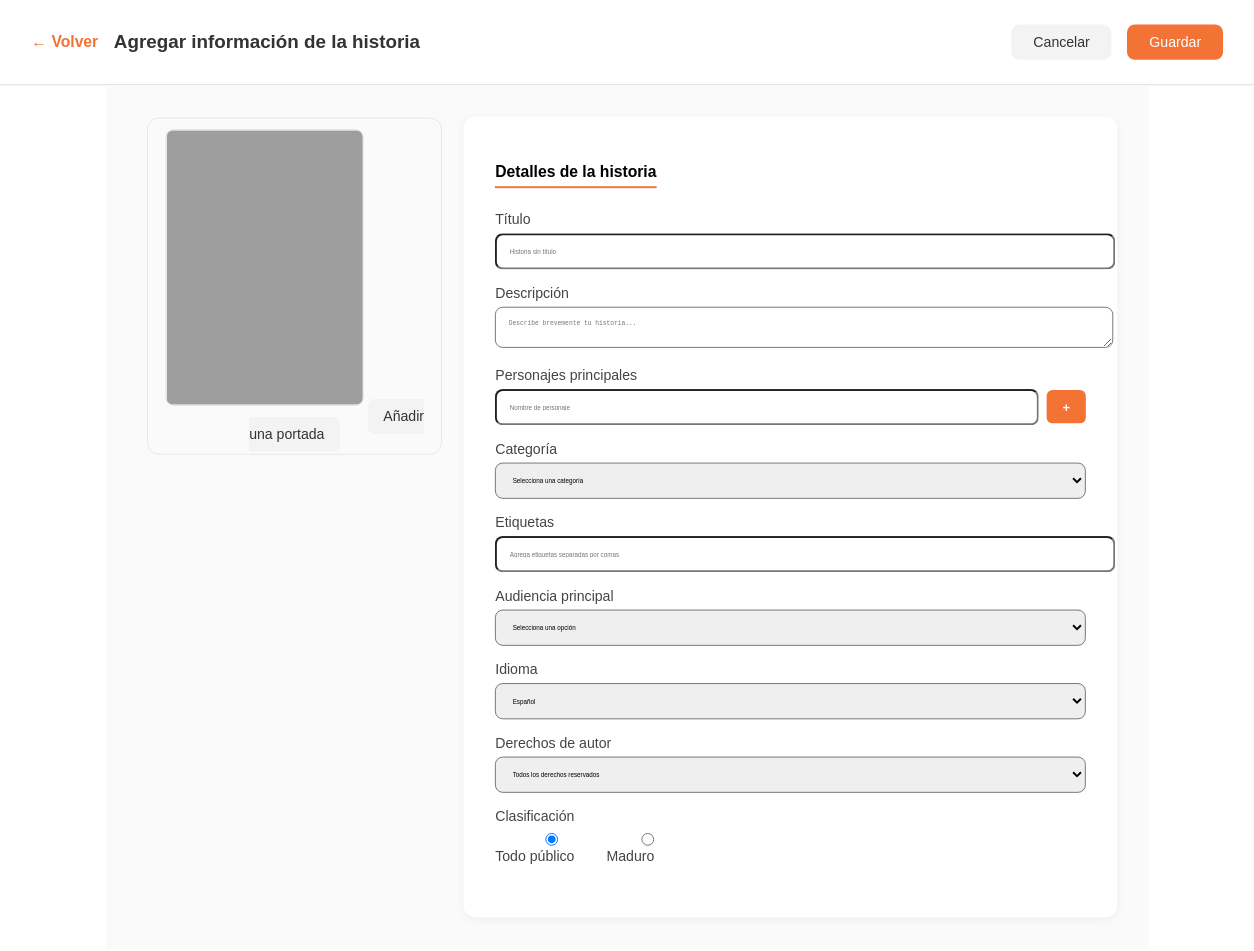
Repository: Mellowdarkl/willpig_studio
Page: .env/html_backup/indexCreti.html
The author's editor kept a copy of each file at every save. The page is drawn from the files as they stood at one save, then again after the next save.
The browser window is 1280 px wide. The pictures show the whole page, at 98% of full size.
Pictures or frames that could not be fetched are drawn as grey boxes.

Above is the page before, as saved 2025-11-11 12:21:48.

### .env/html_backup/indexCreti.html
<!DOCTYPE html>
<html lang="es">
<head>
  <meta charset="UTF-8" />
  <meta name="viewport" content="width=device-width, initial-scale=1.0" />
  <title>Crear historia | Willpig Studio</title>
  <link rel="stylesheet" href="style1.2.css" />
  <link rel="icon" type="image/x-icon" href="/public/img/img.ico/logo.ico" />
</head>
<body>

  <!-- 🧭 Barra superior -->
  <header class="story-header">
    <div class="header-left">
      <a href="/" class="back-link">← Volver</a>
      <h2>Agregar información de la historia</h2>
    </div>

    <div class="header-actions">
      <button class="btn-canceler">Cancelar</button>
      <button class="btn-savever">Guardar</button>
    </div>
  </header>

  <!--  Contenedor principal -->
  <main class="new-storys">
    <!--  Lado izquierdo: portada -->
    <div class="story-cover">
      <div class="cover-box">
        <img id="coverPreview" src="/img/placeholder-cover.png" alt="Portada" />
        <label for="coverInput" class="btn-upload">Añadir una portada</label>
        <input type="file" id="coverInput" accept="image/*" hidden>
      </div>
    </div>

    <!--  Lado derecho: formulario -->
    <form class="story-form" action="/newstory" method="POST">
      <section class="story-details">
        <h3>Detalles de la historia</h3>

        <div class="form-group">
          <label for="titulo">Título</label>
          <input type="text" id="titulo" name="titulo" placeholder="Historia sin título" required>
        </div>

        <div class="form-group">
          <label for="descripcion">Descripción</label>
          <textarea id="descripcion" name="descripcion" placeholder="Describe brevemente tu historia..."></textarea>
        </div>

        <div class="form-group">
          <label for="personajes">Personajes principales</label>
          <div class="inline-group">
            <input type="text" id="personajes" name="personajes" placeholder="Nombre de personaje">
            <button type="button" class="btn-add">+</button>
          </div>
        </div>

        <div class="form-group">
          <label for="categoria">Categoría</label>
          <select id="categoria" name="categoria">
            <option value="">Selecciona una categoría</option>
            <option value="fantasia">Fantasía</option>
            <option value="romance">Romance</option>
            <option value="aventura">Aventura</option>
            <option value="drama">Drama</option>
            <option value="infantil">Infantil</option>
          </select>
        </div>

        <div class="form-group">
          <label for="etiquetas">Etiquetas</label>
          <input type="text" id="etiquetas" name="etiquetas" placeholder="Agrega etiquetas separadas por comas">
        </div>

        <div class="form-group">
          <label for="audiencia">Audiencia principal</label>
          <select id="audiencia" name="audiencia">
            <option value="">Selecciona una opción</option>
            <option value="general">General</option>
            <option value="adolescentes">Adolescentes</option>
            <option value="adultos">Adultos</option>
          </select>
        </div>

        <div class="form-group">
          <label for="idioma">Idioma</label>
          <select id="idioma" name="idioma">
            <option value="es">Español</option>
            <option value="en">Inglés</option>
          </select>
        </div>

        <div class="form-group">
          <label for="derechos">Derechos de autor</label>
          <select id="derechos" name="derechos">
            <option value="todos">Todos los derechos reservados</option>
            <option value="compartido">Uso compartido con créditos</option>
            <option value="libre">Dominio público</option>
          </select>
        </div>

        <div class="form-group">
          <label>Clasificación</label>
          <div class="inline-group">
            <label><input type="radio" name="clasificacion" value="todo" checked> Todo público</label>
            <label><input type="radio" name="clasificacion" value="maduro"> Maduro</label>
          </div>
        </div>
      </section>
    </form>
  </main>

</body>
</html>

### .env/html_backup/style1.2.css
/*============================ Variables CSS ========================*/
:root {
  --orange: #94d5e6;
  --light-gray: #f5f5f5;
  --text-dark: #333;
  --text-light: #fff;
  --hover-bg: #ffe7d6;
  --transition: all 0.3s ease;
  --radius: 10px;
  font-family: 'Poppins', sans-serif;
}

/* === General === */
body {
  margin: 0;
  background: var(--light-gray);
  color: var(--text-dark);
}

/* 🌞 Modo claro por defecto */
body {
  background-color: rgb(22, 22, 22);
  color: rgb(250, 250, 250);
  transition: background-color 0.5s ease, color 0.5s ease;
}


body.dark-mode {
  background-color: #121212;
  color: #f0f0f0;
}
a {
  text-decoration: none;
  color: inherit;
}
a:hover {
  color: var(--orange);
}
/* === Navbar === */
.navbar {
  display: flex;
  align-items: center;
  justify-content: space-between;
  background-color: #99d6e0;
  padding: 8px 20px;
  font-family: 'Helvetica Neue', sans-serif;
  position: relative;
  top: 0;
  z-index: 10;
  height: 50px;
  box-sizing: border-box;
}

.logo-fig img {
  max-height: 58px; /* el logo nunca será más alto que esto */
  width: auto; /* mantiene proporción */
  object-fit: contain;
  margin-right: 1px;
  display: block; /* elimina efectos de línea base */
  align-items: left;
}

.logo {
  display: flex;
  align-items: center;
  cursor: pointer;
}

.logo-text {
  font-size: 20px;
  font-weight: 600;
  color: #0c2147;
  margin-left: 5px;
}

.search-bar {
  border-radius: 3px;
  padding: 9px 15px;
  border: none;
  width: 300px;
  outline: none;
  font-size: 14px;
  margin-right: 60%;
}

.S1mMa {
  width: 12px;
  height: 12px;
  margin-left: 4px;
  vertical-align: middle;
  margin-right: 0.5px;
  align-items: 14px;

}

.nav-actions {
  display: flex;
  align-items: center;
  gap: 0.1px;
}

/* Dropdown general */
.dropdown {
  position: relative;
}

.dropdown-trigger {
  display: flex;
  align-items: center;
  gap: 0.1px;
  cursor: pointer;
}

/* Botones */
.dropbtn {
  background: none;
  border: none;
  font-size: 14px;
  cursor: pointer;
  padding: 6px 6px;
  color: var(--text-dark);
  color: #121212;
}

/* Flechas */
.S1mMa {
  width: 12px;
  height: 12px;
  vertical-align: middle;
  margin-left: 2px;
}

/* Avatar */
.avatar-sm {
  width: 32px;
  height: 32px;
  border-radius: 50%;
  object-fit: cover;
}

/* Menú desplegable */
.dropdown-content {
  position: absolute;
  top: 100%;
  right: 0;
  background-color: white;
  display: none;
  flex-direction: column;
  box-shadow: 0 2px 8px rgba(0,0,0,0.15);
  z-index: 100;
  min-width: 160px;
}

/* Mostrar al pasar el cursor */
.dropdown:hover .dropdown-content {
  display: flex;
}

/* Contenedor general */
.dropdown.profile {
  position: relative;
  display: flex;
  align-items: center;
  cursor: pointer;
}

/* Avatar */
.avatar-sm {
  width: 32px;
  height: 32px;
  border-radius: 50%;
  object-fit: cover;
}

/* Flecha */
.S1mMa {
  width: 12px;
  height: 12px;
  margin-left: 2px;
  vertical-align: middle;
}

/* Menú desplegable */
.dropdown-content {
  position: absolute;
  top: 100%;
  right: 0;
  background-color: white;
  display: none;
  flex-direction: column;
  box-shadow: 0 2px 8px rgba(0,0,0,0.15);
  z-index: 100;
  min-width: 160px;
}

/* Mostrar al pasar el cursor por el avatar o flecha */
.dropdown.profile:hover .dropdown-content {
  display: flex;
}

/* Mostrar al pasar el cursor por el trigger */
.dropdown:hover .dropdown-content {
  display: flex;
}

.modo-btn {
  background: color(srgb rgb(230, 0, 0));
  border: none;
  font-size: 22px;
  cursor: pointer;
  transition: transform 0.2s ease;
}

.modo-btn:hover {
  transform: scale(1.2);
}

.nav-actions {
  display: flex;
  align-items: center;
  gap: 1rem;
}

.dropbtn {
  background: none;
  border: none;
  color: var(--text-light);
  font-weight: 500;
  cursor: pointer;
  padding: 0.1rem 0.5rem;
  position: static;
}

.dropdown-content {
  display: none;
  position: absolute;
  background: white;
  border-radius: var(--radius);
  box-shadow: 0 2px 10px rgba(0,0,0,0.1);
}

.dropdown:hover .dropdown-content {
  display: block;
}

.dropdown-content a {
  display: block;
  padding: 0.6rem 1rem;
  color: var(--text-dark);
  text-decoration: none;
}

.dropdown-content a:hover {
  background: var(--hover-bg);
}

/* === Carrusel === */
.hero-carousel {
  position: relative;
}

.carousel {
  display: flex;
  overflow: hidden;
}

.slide {
  min-width: 100%;
  position: relative;
  transform: opacity 5s ease-in-out;
}
.slide {
  display: block;
}

.carousel {
  position: relative;
  overflow: hidden;
}

.slide {
  display: none;
  width: 100%;
  transition: opacity 1s ease-in-out;
}

.slide.active {
  display: block;
}

.slide img {
  width: 100%;
  height: 450px;
  object-fit: cover;
}

.caption {
  position: absolute;
  bottom: 5cqb;
  left: 15px;button {
  border: none;
  border-radius: 25px; /* 🔸 más redondo */
  padding: 10px 25px;
  background-color: #5fa55a;
  color: rgb(255, 255, 255);
  font-weight: 600;
  cursor: pointer;
  transition: background-color 0.3s ease, transform 0.2s ease;
}

button:hover {
  background-color: #88cc50; /* color cálido al pasar el cursor */
  transform: scale(1.05);
}

  background: none;
  color: #f0f0f0;
  padding: 0.9rem;
  border-radius: var(--radius);

}

.carousel-controls {
  position: absolute;
  top: 50%;
  width: 100%;
  display: flex;
  justify-content: space-between;
}

.carousel-controls button {
  background: rgba(44, 44, 44, 0.5);
  color: white;
  border: none;
  font-size: 1rem;
  cursor: pointer;
  border-radius: 50%;
  padding: 0.5rem 1rem;
  position: relative;
}

/* === Secciones de historias === */
.stories-section {
  margin: 2rem;
  align-items: center;
}

.stories-section h2 {
  margin-bottom: 1rem;
  margin-left: 260px; /* leve desplazamiento visual para armonía */
  font-size: 1.5rem;
}

.stories-section {
  margin: 3rem auto;
  max-width: 90%; /* limita el ancho total para que el título y libros estén alineados */
}

.scroll-container {
  display: flex;
  flex-wrap: wrap; /* permite que los libros salten a otra línea si no caben */
  justify-content: center;
  gap: 1rem;
  padding: 10px;
  overflow-x: auto; /* mantiene el scroll si hay demasiados */
  box-sizing: border-box;
  padding: 0.8rem 10px 1rem 10px;
}

.story-card {
  flex: 1 1 150px; /*  permite adaptación dinámica */
  max-width: 180px; /*  evita que crezcan demasiado */
  min-width: 140px; /*  evita que se deformen en zoom alto */
  background: white;
  border-radius: var(--radius);
  box-shadow: 0 2px 5px rgba(0, 0, 0, 0.1);
  text-align: center;
  transition: var(--transition);
  background-color: #f5f5f5;
  color: #000000;
  transition: cubic-bezier(0.075, 0.82, 0.165, 1) all 0.3s;
}


.story-card img {
  width: 100%;
  height: auto;
  border-radius: var(--radius) var(--radius) 0 0;
  object-fit: cover;
  color: #000000;
}

.story-card:hover {
  transform: scale(1.05);
}

.story-card img {
  width: 100%;
  border-radius: var(--radius) var(--radius) 0 0;
  height: 220px;
  object-fit: cover;
}

.leer_story {
  margin-top: 10px;
  margin-bottom: 10px;
  border: none;
  border-radius: 15px; /* 🔸 más redondo */
  padding: 10px 25px;
  background-color: #5fa55a;
  color: rgb(255, 255, 255);
  font-weight: 600;
  cursor: pointer;
  transition: background-color 0.3s ease, transform 0.2s ease;
}
.leer_story:hover {
  background-color: #88cc50; /* color cálido al pasar el cursor */
  transform: scale(1.05);
}

.navbar:hover .dropbtn {
  color: var(--text-bright);
}
.story-card h3 {
  margin: 0.5rem 0;
  font-size: 1rem;
  color: var(--text-dark);
  color: #ffffff;
  transition: all 0.3s ease;
  background-color: #000000;
}
.scroll-btn {
  position: absolute;
  top: 35%;
  background: rgba(255,255,255,0.8);
  border: none;
  font-size: 1.5rem;
  cursor: pointer;
  border-radius: 50%;
  padding: 0.3rem 0.6rem;
  transition: var(--transition);
}

.scroll-btn:hover {
  background: var(--orange);
  color: rgb(201, 13, 13);
}

.scroll-btn.left { left: -5px; }
.scroll-btn.right { right: -5px; }

/* === Historia destacada === */
.featured-story {
  display: flex;
  margin: 3rem 2rem;
  background: white;
  border-radius: var(--radius);
  overflow: hidden;
  background-color: rgb(255, 255, 255);
  color: black;
  transition: background-color 0.5s ease, color 0.5s ease;
  border: #f0f0f0 1px solid;
}

.featured-story img {
  width: 50%;
  object-fit: cover;
}

.featured-story .info {
  padding: 2rem;
}

/* === Footer === */
footer {
  background: #ffffff;
  text-align: center;
  padding: 2rem;
  font-size: 0.9rem;
  color: #012464;
}

.footer-links {
  display: flex;
  justify-content: center;
  gap: 1.5rem;
  flex-wrap: wrap;
  margin-bottom: 0.8rem;

}

.footer-links a {
  color: #444;
  text-decoration: none;
}

.footer-links a:hover {
  text-decoration: underline;
}

.footer-links {
  padding: 0px 20px;
}

.footer-links {
  max-width: 600px;
  margin: 0 auto;
}

.scroll-container {
  display: flex;
  justify-content: center; /* Centra horizontalmente */
  align-items: center;     /* Centra verticalmente */
  flex-wrap: wrap;         /* Para que salten de línea si hay muchas */
  gap: 1.5rem;             /* Espaciado entre tarjetas */
  padding: 20px;
}

.theme-color {
  background: #99d6e0;
  border: none;
  color: var(--text-light);
  font-weight: 100;
  cursor: pointer;
}

body {
  background-color: white;
  color: black;
  transition: background-color 0.5s ease, color 0.5s ease;
}

body.dark-mode {
  background-color: black;
  color: white;
}
body.dark-mode .featured-story {
  background-color: #1c1c1c;
  color: #f0f0f0;
}
/*=======Final pagina principal======*/

/* ======= FORMULARIO DE REGISTRO ======= */
html, body {
  margin: 0;
  padding: 0;
}

.register-container-igm {
  display: flex;
  justify-content: center;
  align-items: center;
  height: 100vh;
  background-image: url('/public/img/img.ico/fondo_register.jpg'); /* ✅ sin /public */
  background-size: cover;
  background-position: center;
}

.logo-LTRA {
  position: absolute;
  top: 40px ;
  left: 460px;
}

.logo-LTRA img {
  height: 80px;
}

.register-card {
  background: rgba(255, 255, 255, 0.96);
  padding: 2.5rem;
  border-radius: 15px;
  box-shadow: 0 4px 20px rgba(0,0,0,0.20);
  width: 100%;
  max-width: 420px;
  text-align: center;
  backdrop-filter: blur(6px);
}

.register-card h1 {
  font-size: 1.8rem;
  margin-bottom: 1rem;
  color: var(--accent-color, #f39135);
}

.register-form .form-group {
  text-align: left;
  margin-bottom: 1.2rem;
}

.register-form input {
  width: 100%; /* ✅ ya no corta el ancho */
  padding: 0.8rem;
  border: 1px solid #ccc;
  border-radius: 8px;
  font-size: 1rem;
}

.register-form input:focus {
  border-color: var(--accent-color, #f39135);
  box-shadow: 0 0 4px rgba(243,115,53,0.3);
}

/* Botón */
.btn-register {
  background-color: #040225;
  color: white;
  border: none;
  width: 100%;
  padding: 0.9rem;
  border-radius: 10px;
  cursor: pointer;
}

.btn-register:hover {
  background-color: #3d3d3d;
}

/* Link de login */
.login-link a {
  color: #040225;
  font-weight: 600;
  text-decoration: none;
}

.login-link a:hover {
  text-decoration: underline;
}

/*=======Final formulario de registro======*/

/* ====== FORMULARIO DE LOGIN ====== */
main.loginIn-container .btn-loginIn {
  /* estilos aquí */
  .loginIn-container {
  display: flex;
  justify-content: center;
  align-items: center;

}
.loginPin-card {
  background: #fff;
  padding: 2.5rem;
  border-radius: 15px;
}
  box-shadow: 0 4px 20px rgba(0,0,0,0.08);
  width: 100%;
  max-width: 420px;
  text-align: center;


}
html, body {
  margin: 0;
  padding: 0;
}
.register-container {
  display: flex;
  justify-content: center;
  align-items: center;
  margin-left: auto;
  margin-right: 40vh;
}

.loginIn-container {
  display: flex;
  justify-content: center;
  align-items: center;
  height: 100vh;
  background-color: var(--background-color, #fff);
  left: 400vh;
}

.loginPin-card {
  background: #fff;
  padding: 2.5rem;
  border-radius: 15px;
  box-shadow: 0 4px 20px rgba(0,0,0,0.08);
  width: 100%;
  max-width: 420px;
  text-align: center;
  left: 400vh;
}

.loginPin-card h1 {
  font-size: 1.8rem;
  margin-bottom: 1rem;
  color: var(--accent-color, #f37335);
}

/* ====== LOGIN ESTILO POCKET ====== */
.login-pocketIN {
  display: flex;
  height: 100vh;
  background-color: #fff;
}

/* Lado izquierdo con imagen */
.login-visual {
  flex: 1;
  background-color: #fafafa;
  display: flex;
  justify-content: center;
  align-items: center;
  padding: 2rem;
}

.login-visual img {
  width: 90%;
  max-width: 600px;
  border-radius: 10px;
  box-shadow: 0 4px 30px rgba(0, 0, 0, 0.1);
}

/* Lado derecho con formulario */
.login-form-section {
  flex: 1;
  display: flex;
  justify-content: center;
  align-items: center;
  padding: 2rem;
}

.login-box {
  width: 90%;
  max-width: 400px;
  text-align: center;
}

.login-box h1 {
  color: var(--accent-color, #f39135);
  font-size: 1.8rem;
  margin-bottom: 3rem;
}

.login-box p {
  color: #666;
  margin-bottom: 1.5rem;
}

.form-login .form-group {
  text-align: left;
  margin-bottom: 1rem;
}

.form-login label {
  display: block;
  font-size: 0.9rem;
  color: #444;
  margin-bottom: 0.3rem;
}

.form-login input {
  width: 88%;
  padding: 0.8rem;
  border: 1px solid #ccc;
  border-radius: 8px;
  font-size: 1rem;
  outline: none;
  transition: 0.3s;
}

.form-login input:focus {
  border-color: var(--accent-color, #f37335);
  box-shadow: 0 0 5px rgba(243,115,53,0.3);
}

.btn-login-pocket {
  background-color: var(--accent-color, #070658);
  color: white;
  border: none;
  border-radius: 8px;
  width: 80%;
  padding: 0.9rem;
  font-size: 1rem;
  cursor: pointer;
  transition: background 0.3s ease;
}

.btn-login-pocket:hover {
  background-color: #303030;
}

.forgot {
  display: block;
  margin-top: 0.8rem;
  color: #1d1d1d;
  font-size: 1rem;
  text-decoration: none;
}

.divider {
  margin: 1.5rem 0;
  position: relative;
  text-align: center;
  color: #aaa;
}

.divider::before, .divider::after {
  content: "";
  position: absolute;
  top: 50%;
  width: 40%;
  height: 1px;
  background-color: #ddd;
}

.divider::before { left: 0; }
.divider::after { right: 0; }

.social-login {
  display: flex;
  flex-direction: column;
  gap: 0.7rem;
}

.social-btn {
  border: 1px solid #ddd;
  border-radius: 8px;
  padding: 0.8rem;
  background-color: #fff;
  cursor: pointer;
  transition: background 0.3s;
}

.social-btn:hover {
  background-color: #f8f8f8;
}

.google { color: #252525; }
/*
.telefono { color: #000; }
.facebook { color: #e66000; }
*/
social-btn google img {
  width: 20px;
  height: 20px;
  vertical-align: middle;
  margin-right: 12px;
  gap: 10px;
  padding: 0.5rem 1rem;
}
.register-text {
  margin-top: 1.5rem;
  font-size: 0.9rem;
}

.register-text a {
  color: var(--accent-color, #f37335);
  font-weight: 500;
  text-decoration: none;
}

.register-text a:hover {
  text-decoration: underline;
}

/* Responsivo */
@media (max-width: 850px) {
  .login-pocket {
    flex-direction: column;
    height: auto;
  }

  .login-visual {
    display: none;
  }

  .login-form-section {
    padding: 3rem 1rem;
  }
}

/* ====== OPCIONES EXTRA DEL LOGIN ====== */
.form-options {
  text-align: left;
  margin: 0.5rem 0 1rem;
  font-size: 0.9rem;
  color: #555;
}

.form-options input[type="checkbox"] {
  margin-right: 0.4rem;
  accent-color: var(--accent-color, #f37335);
}

/* ====== FORMULARIO DE NOTIFICACIÓN ====== */
.story-header {
  display: flex;
  justify-content: space-between;
  align-items: center;
  background: #fff;
  border-bottom: 1px solid #ddd;
  padding: 1rem 2rem;
}

.story-header .header-left {
  display: flex;
  align-items: center;
  gap: 1rem;
}

.story-header h2 {
  font-size: 1.2rem;
  color: #333;
}

.back-link {
  color: var(--accent-color, #f37335);
  text-decoration: none;
  font-weight: bold;
}

.header-actions {
  display: flex;
  gap: 1rem;
}

.btn-canceler, .btn-savever {
  padding: 0.6rem 1.4rem;
  border-radius: 8px;
  font-size: 0.9rem;
  border: none;
  cursor: pointer;
  transition: 0.3s;
}

.btn-canceler {
  background: #f3f3f3;
  color: #333;
}

.btn-canceler:hover { background: #e5e5e5; }

.btn-savever {
  background: var(--accent-color, #f37335);
  color: white;
}

.btn-savever:hover { background: #e85c1a; }

/* Layout general */
.new-storys {
  display: flex;
  padding: 2rem;
  gap: 2rem;
  background: #fafafa;
  margin: auto;
  max-width: 1000px;
}


/* Portada */
.story-cover {
  flex: 1;
  display: flex;
  justify-content: center;
  align-items: flex-start;
}

.cover-box {
  text-align: center;
  position: relative;
  left: 10px;
  top: 1px;
  border: 0.1px solid #e7e7e7;
  padding: 0.7rem;
  border-radius: 12px;
  box-shadow: 0 2px 10px rgba(252, 252, 252, 0.1);
}

.coverPreview {
  margin-bottom: 1rem;
  position: absolute 0;
  top: 0;
  left: 0;
}

.btn-upload- {
  display: none;
  position: relative;
  top: 0;
  left: 0;
  z-index: 1;
}
.cover-box img {
  width: 200px;
  height: 280px;
  border: 1px solid #ddd;
  border-radius: 8px;
  object-fit: cover;
  margin-bottom: 1rem;
}

.btn-upload {
  background: #f3f3f3;
  border-radius: 8px;
  padding: 0.6rem 1rem;
  cursor: pointer;
  color: #333;
  font-size: 0.9rem;
}

.btn-upload:hover {
  background: #e5e5e5;
}

/* Formulario */
.story-form {
  flex: 2;
  background: #fff;
  padding: 2rem;
  border-radius: 12px;
  box-shadow: 0 2px 10px rgba(0,0,0,0.05);
}

.story-details h3 {
  font-size: 1rem;
  margin-bottom: 1.5rem;
  border-bottom: 2px solid var(--accent-color, #f37335);
  display: inline-block;
  padding-bottom: 0.3rem;
}

.form-group {
  margin-bottom: 1rem;
}

.form-group label {
  display: block;
  margin-bottom: 0.4rem;
  font-size: 0.9rem;
  color: #444;
}

.form-group input,
.form-group textarea,
.form-group select {
  width: 100%;
  padding: 0.8rem;
  border: px solid #ccc;
  border-radius: 8px;
  font-size: 0.40rem;
  outline: none;
}

.inline-group {
  display: flex;
  gap: 0.5rem;
  align-items: center;
}

.btn-add {
  padding: 0.6rem 1rem;
  background: var(--accent-color, #f37335);
  border: none;
  color: #fff;
  border-radius: 6px;
  cursor: pointer;
  font-weight: bold;
}

.btn-add:hover {
  background: #e85c1a;
}

/* Responsivo */
@media (max-width: 900px) {
  .new-story {
    flex-direction: column;
    padding: 1rem;
  }

  .story-form {
    padding: 1.5rem;
  }
}

After the next save:
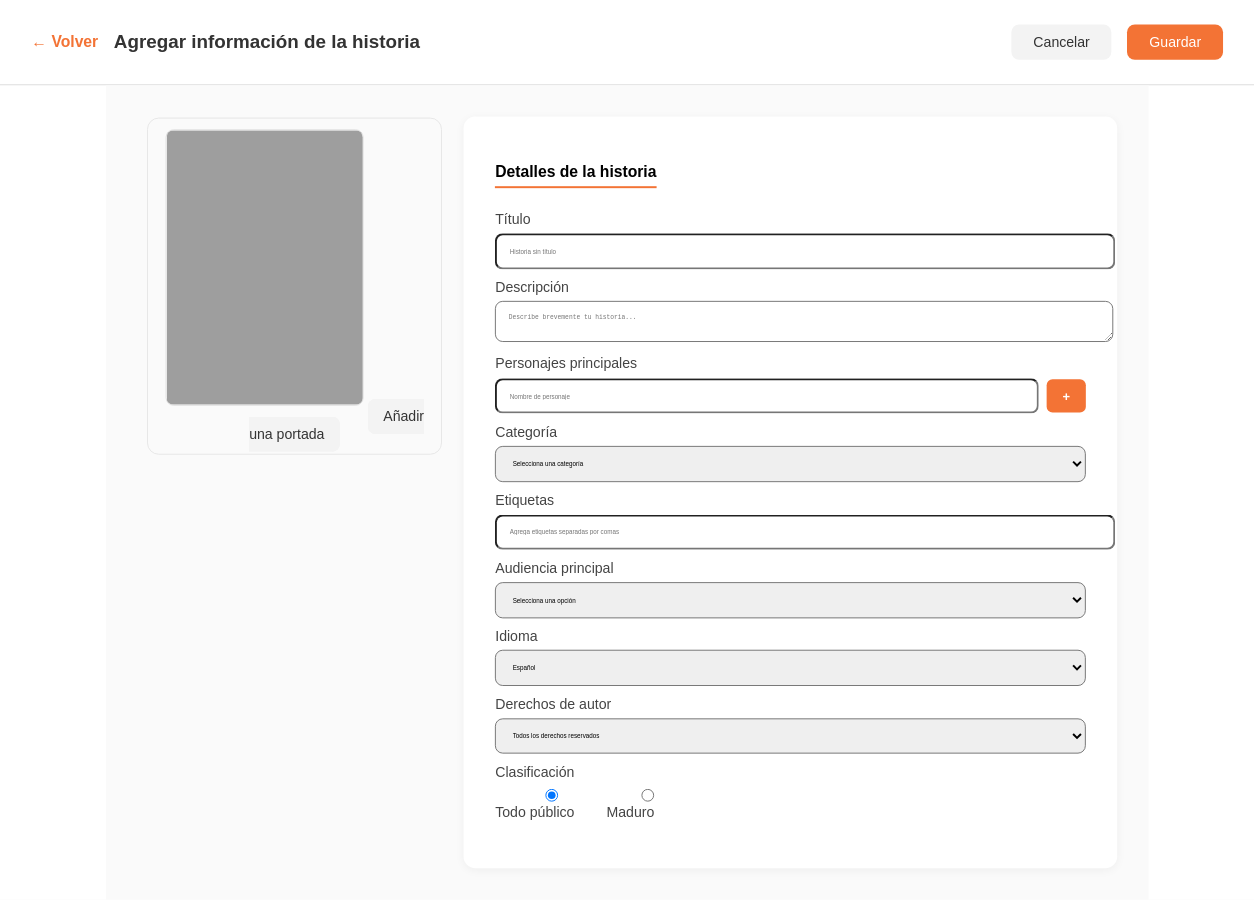
Saved 33 s later.
--- a/.env/html_backup/style1.2.css
+++ b/.env/html_backup/style1.2.css
@@ -1023,7 +1023,7 @@ social-btn google img {
 }
 
 .form-group {
-  margin-bottom: 1rem;
+  margin-bottom: .65rem;
 }
 
 .form-group label {
